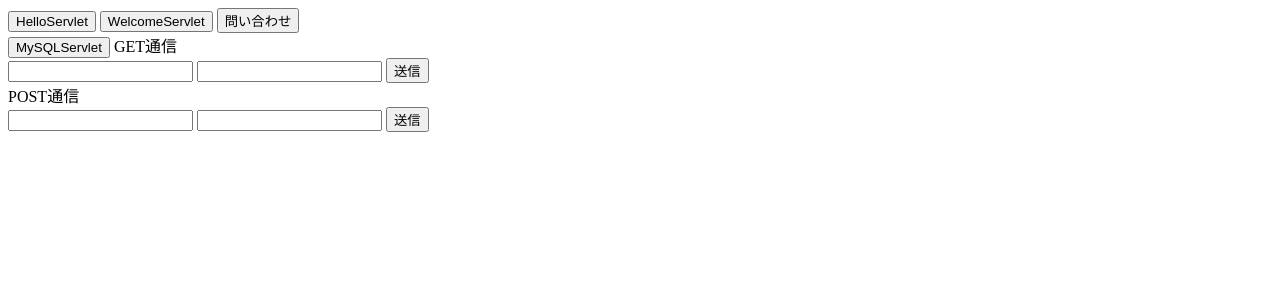
Repository: k-o7777/test
Page: http://localhost/HelloServlet/
These files come from the project's save history. The page is drawn as it stood at one moment and after the next save; the edit follows.
The browser window is 1280 px wide. The pictures show the whole page.
The page is served by Tomcat 9.

Above is the page before, as saved 2019-08-26 06:42:52.

After the next save:
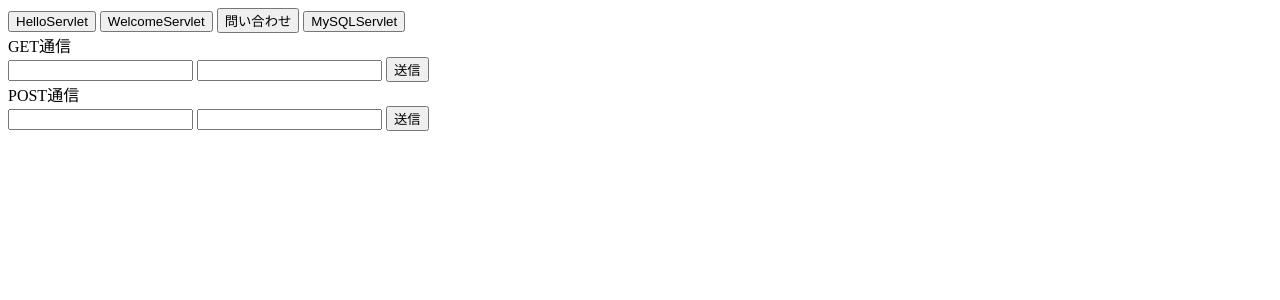
Saved 3 min 14 s later.
--- a/HelloServlet/WebContent/index.jsp
+++ b/HelloServlet/WebContent/index.jsp
@@ -9,9 +9,9 @@
 <body>
 <input type="button" value="HelloServlet" onClick="location.href='HelloServlet'">
 <input type="button" value="WelcomeServlet" onClick="location.href='welcome.jsp'">
-<input type="button" value="問い合わせ" onClick="location.href='inquiry.jsp'"><br>
+<input type="button" value="問い合わせ" onClick="location.href='inquiry.jsp'">
 <input type="button" value="MySQLServlet" onClick="location.href='MySQLServlet'">
-
+<br>
 GET通信
 <form method="get" action="TestServlet">
 <input type="text" name="username">
